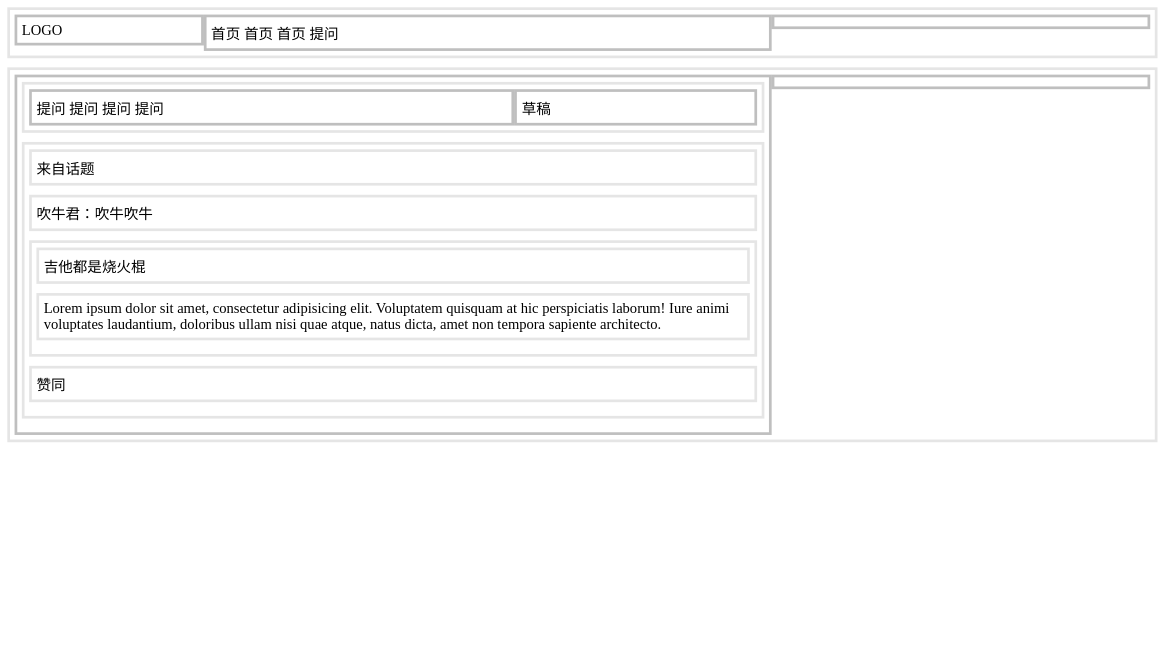
Repository: 0xbul1/biao-class-3
Page: practice/012-float-grid/zhihu.html
These files come from the project's save history. The page is drawn as it stood at one moment and after the next save; the edit follows.
The browser window is 1280 px wide. The pictures show the whole page, at 91% of full size.

Above is the page before, as saved 2018-10-04 14:17:37.

### practice/012-float-grid/zhihu.html
<style>
    * {
        box-sizing: border-box;
    }
    .row {
        border: solid rgba(0, 0, 0, .1);
        margin-bottom: 10px;
        padding: 5px;
    }
    .row::before,
    .row::after {
        content: '';
        display: block;
        clear: both;
    }
    .col-1,
    .col-2,
    .col-3,
    .col-4,
    .col-5,
    .col-6,
    .col-7,
    .col-8,
    .col-9,
    .col-10,
    .col-11,
    .col-12,
    .col {
        float: left;
        padding: 5px;
        border: solid rgba(0, 0, 0, .25);
    }
    .col-1 {
        width: 8.333333333333333%;
    }
    .col-2 {
        width: 16.666666666666666%;
    }
    .col-3 {
        width: 25%;
    }
    .col-4 {
        width: 33.333333333333333%;
    }
    .col-5 {
        width: 41.666666666666666%;
    }
    .col-6 {
        width: 50%;
    }
    .col-7 {
        width: 58.333333333333333%;
    }
    .col-8 {
        width: 66.666666666666666%;
    }
    .col-9 {
        width: 75%;
    }
    .col-10 {
        width: 83.333333333333333%;
    }
    .col-11 {
        width: 91.666666666666666%;
    }
    .col-12 {
        width: 100%;
    }
</style>
<div class="row nav">
    <div class="col-2">LOGO</div>
    <div class="col-6"> 首页 首页 首页 提问</div>
    <div class="col-4"></div>
</div>
<div class="row">
    <div class="col-8 content">
        <div class="row tool">
            <div class="col-8"> 提问 提问 提问 提问</div>
            <div class="col-4">草稿</div>
        </div>
        <div class="row activity">
            <div class="row">来自话题</div>
            <div class="row">吹牛君：吹牛吹牛</div>
            <div class="row">
                <div class="row">吉他都是烧火棍</div>
                <div class="row">Lorem ipsum dolor sit amet, consectetur adipisicing elit. Voluptatem quisquam at hic perspiciatis laborum! Iure animi voluptates laudantium, doloribus ullam nisi quae atque, natus dicta, amet non tempora sapiente architecto.</div>
            </div>
            <div class="row">赞同</div>
        </div>
    </div>
    <div class="col-4 sidebar"></div>
</div>

After the next save:
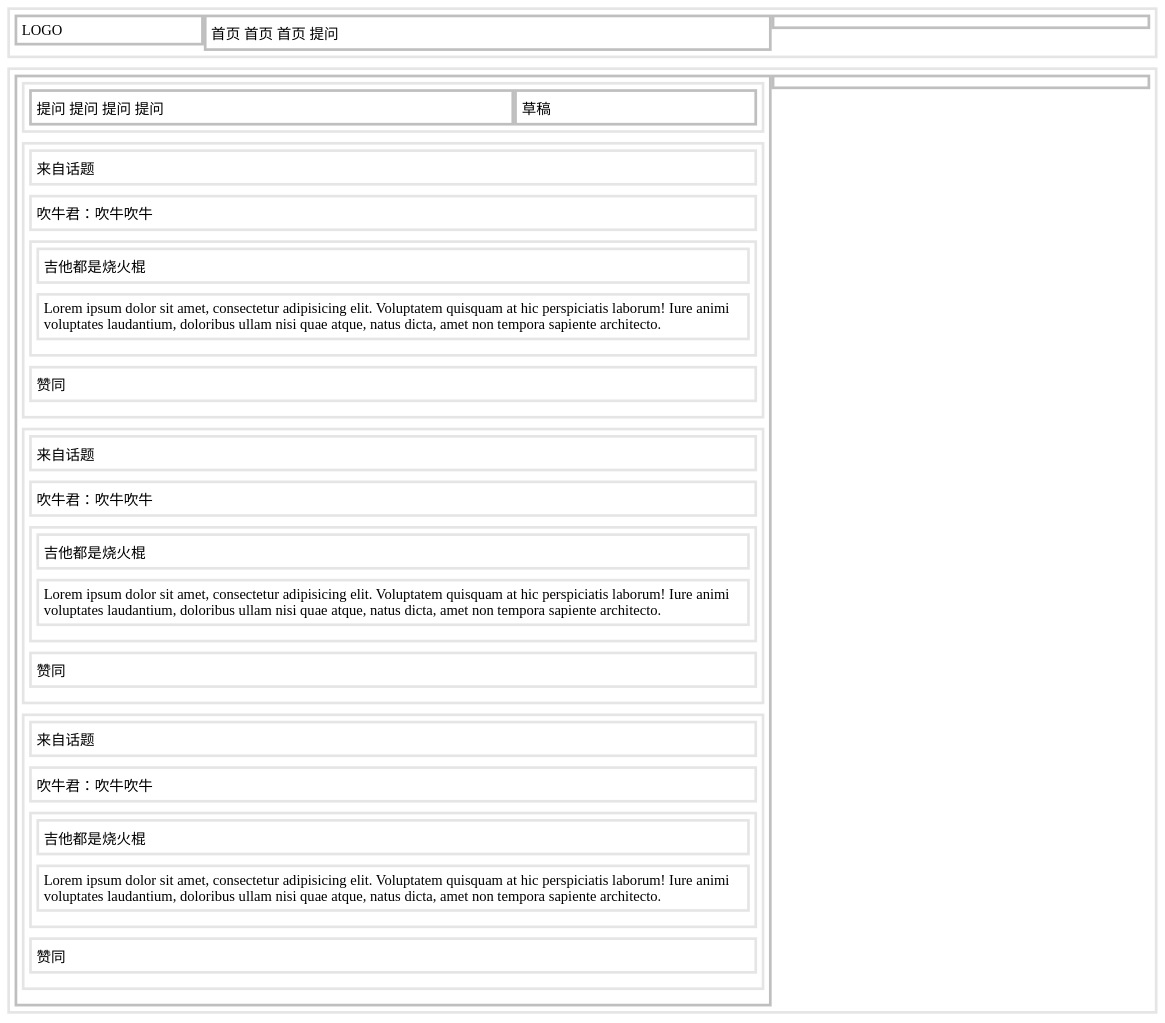
Saved 41 s later.
--- a/practice/012-float-grid/zhihu.html
+++ b/practice/012-float-grid/zhihu.html
@@ -87,6 +87,24 @@
             </div>
             <div class="row">赞同</div>
         </div>
+        <div class="row activity">
+            <div class="row">来自话题</div>
+            <div class="row">吹牛君：吹牛吹牛</div>
+            <div class="row">
+                <div class="row">吉他都是烧火棍</div>
+                <div class="row">Lorem ipsum dolor sit amet, consectetur adipisicing elit. Voluptatem quisquam at hic perspiciatis laborum! Iure animi voluptates laudantium, doloribus ullam nisi quae atque, natus dicta, amet non tempora sapiente architecto.</div>
+            </div>
+            <div class="row">赞同</div>
+        </div>
+        <div class="row activity">
+            <div class="row">来自话题</div>
+            <div class="row">吹牛君：吹牛吹牛</div>
+            <div class="row">
+                <div class="row">吉他都是烧火棍</div>
+                <div class="row">Lorem ipsum dolor sit amet, consectetur adipisicing elit. Voluptatem quisquam at hic perspiciatis laborum! Iure animi voluptates laudantium, doloribus ullam nisi quae atque, natus dicta, amet non tempora sapiente architecto.</div>
+            </div>
+            <div class="row">赞同</div>
+        </div>
     </div>
     <div class="col-4 sidebar"></div>
 </div>
